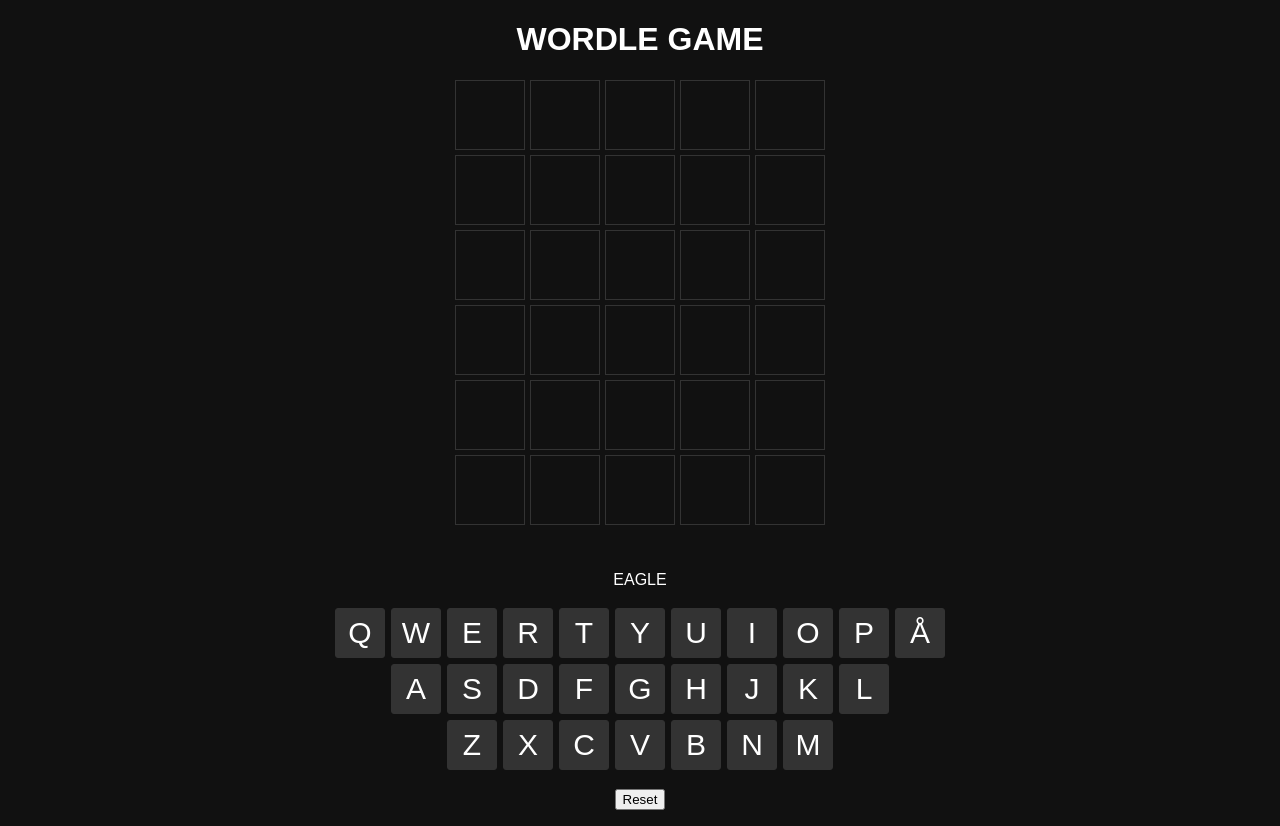
Repository: KarimIsaac/WorldeGame
Page: index.html
These files come from the project's save history. The page is drawn as it stood at one moment and after the next save; the edit follows.
The browser window is 1280 px wide. The pictures show the whole page.

Above is the page before, as saved 2022-03-13 06:33:35.

### index.html
<!DOCTYPE html>
<html lang="en">
<head>
    <meta charset="UTF-8">
    <meta http-equiv="X-UA-Compatible" content="IE=edge">
    <meta name="viewport" content="width=device-width, initial-scale=1.0">
    <title>Worlde Game</title>
    <link rel="stylesheet" href="style.css">
</head>
<body>
    <h1>Wordle Game</h1>
    <div id="grid"></div>
    <p id="answer"></p>
    <div id="keyboard"></div>

    <p>
      <button onClick="init()">Reset</button>
      </o>

      <script src="script.js"></script>
</body>
</html>

### style.css
html,
body {
  text-align: center;
  background: #111;
  color: white;
  text-transform: uppercase;
  font-family: sans-serif;
}

#grid {
  display: inline-grid;
  grid-template-rows: repeat(6, 70px);
  grid-template-columns: repeat(5, 70px);
  gap: 5px;
  margin-bottom: 30px;
}

#grid div {
  border: 1px solid #333;
  display: flex;
  align-items: center;
  justify-content: center;
  font-size: 40px;
}

#keyboard button {
  appearance: none;
  border: 1px solid #333;
  background: #333;
  color: white;
  font-size: 30px;
  display: inline-block;
  width: 50px;
  height: 50px;
  line-height: 1;
  margin: 3px;
  text-transform: uppercase;
  border-radius: 3px;
}

### script.js
const grid = document.getElementById("grid");
const keyboard = document.getElementById("keyboard");

let answer = "";

const words = ["spela", "äpple", "eagle", "bends"];

let attempts = [];
let currentAttempt = "";

function drawGrid() {
  grid.innerHTML = "";

  for (i = 0; i < 6; i++) {
    for (j = 0; j < 5; j++) {
      const cell = document.createElement("div");
      grid.appendChild(cell);
    }
  }
}

function drawKeyboard() {
  keyboard.innerHTML = "";

  renderKeyboardRow("qwertyuiopå");
  renderKeyboardRow("asdfghjkl");
  renderKeyboardRow("zxcvbnm");
}

function renderKeyboardRow(chars) {
  const row = document.createElement("div");

  for (const c of chars) {
    const key = document.createElement("button");
    key.textContent = c;
    key.onclick = () => playLetter(c);

    row.appendChild(key);
  }

  keyboard.appendChild(row);
}

function renderAttempts() {
  for (i = 0; i < attempts.length; i++) {
    const attempt = attempts[i];

    for (j = 0; j < 5; j++) {
      const letter = attempt[j];

      cell = grid.children[i * 5 + j];
      cell.textContent = letter;

      if (letter === answer[j]) {
        cell.style.backgroundColor = "green";
      } else if (answer.includes(letter)) {
        cell.style.backgroundColor = "#bfbf2e";
      } else {
        cell.style.backgroundColor = "#000";
      }
    }
  }
}

function renderCurrentAttempt() {
  for (i = 0; i < 5; i++) {
    const letter = currentAttempt[i] || "";

    cell = grid.children[attempts.length * 5 + i];
    cell.textContent = letter;
  }
}

function playLetter(letter) {
  currentAttempt = currentAttempt + letter;

  renderCurrentAttempt();
}

function handleInput(e) {
  const key = e.key.toLowerCase();

  if (key === "enter" && currentAttempt.length === 5) {
    attempts.push(currentAttempt);
    currentAttempt = "";

    renderAttempts();
  }

  if (key === "backspace" && currentAttempt.length) {
    const letters = currentAttempt.split("");
    letters.pop();
    currentAttempt = letters.join("");

    renderCurrentAttempt();
  }

  if (/^[a-z]$/.test(key) && currentAttempt.length < 5) {
    playLetter(key);
  }
}

function init() {
  attempts = [];
  currentAttempt = "";

  answer = words[Math.floor(Math.random() * words.length)];

  document.getElementById("answer").textContent = answer;

  drawGrid();
  drawKeyboard();

  renderAttempts();
  renderCurrentAttempt();

  document.removeEventListener("keydown", handleInput);
  document.addEventListener("keydown", handleInput);
}

init();

After the next save:
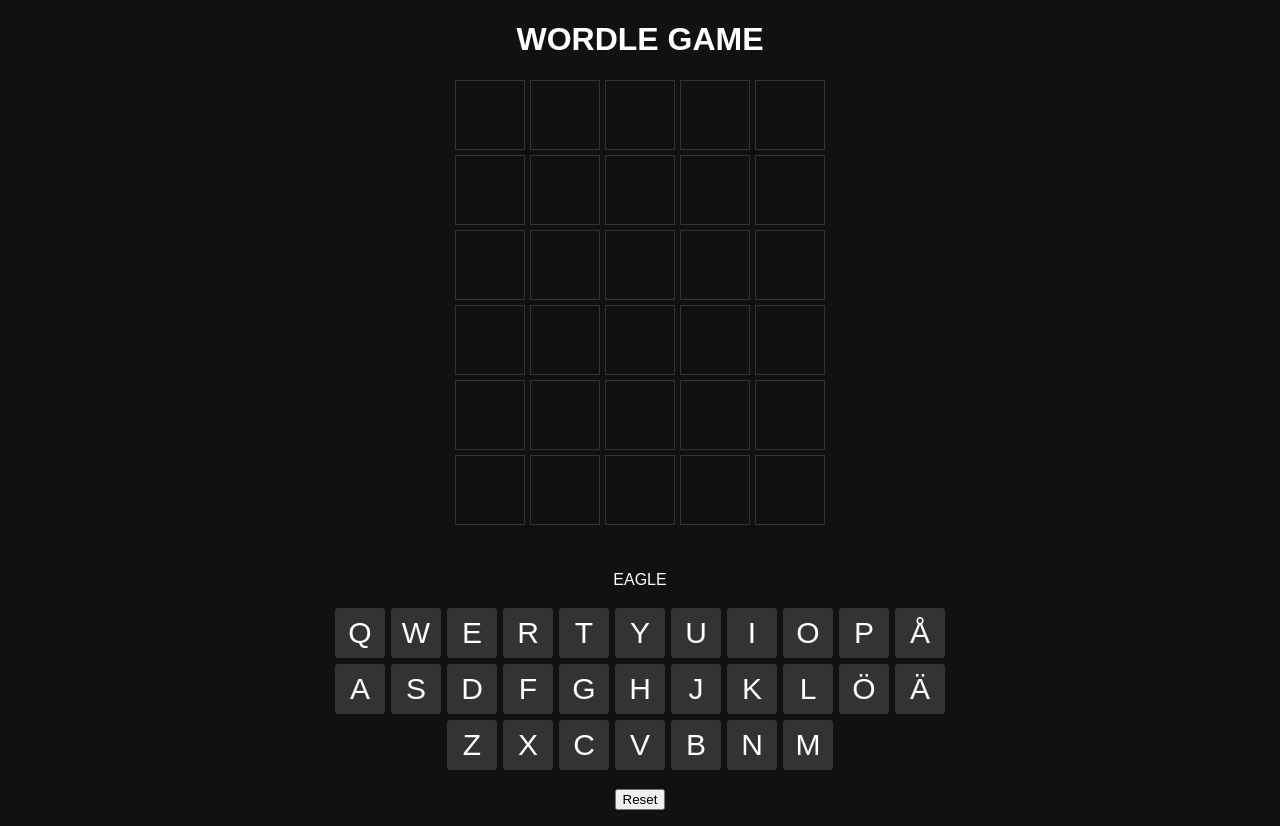
Saved 19 s later.
--- a/script.js
+++ b/script.js
@@ -23,7 +23,7 @@ function drawKeyboard() {
   keyboard.innerHTML = "";
 
   renderKeyboardRow("qwertyuiopå");
-  renderKeyboardRow("asdfghjkl");
+  renderKeyboardRow("asdfghjklöä");
   renderKeyboardRow("zxcvbnm");
 }
 
